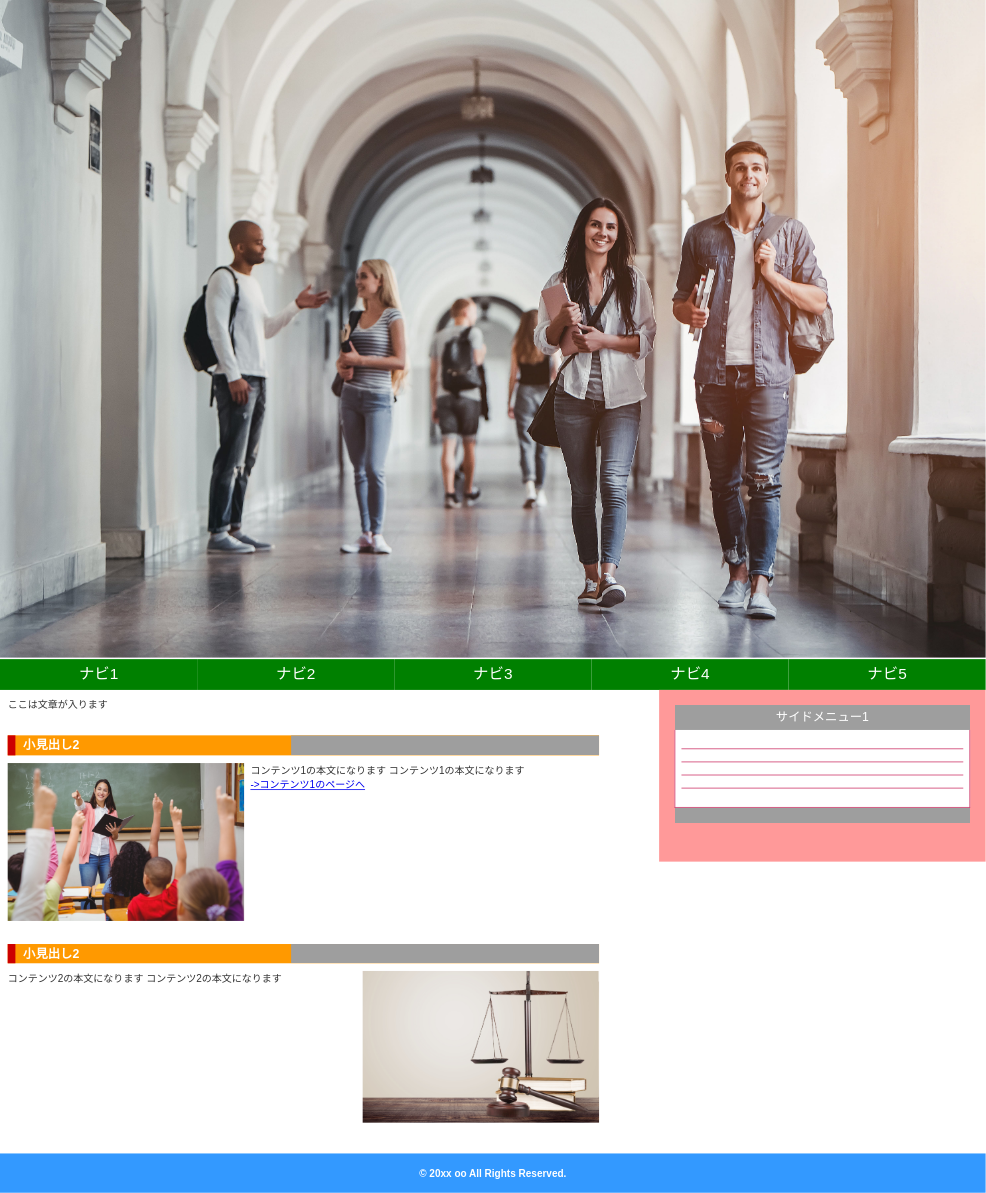
Repository: Kazumi-pro/samurai-HTML-CSS
Page: home.html
The author's editor kept a record of every edit. The page is drawn from the files as they stood at one moment, then again after the next edit.
The browser window is 1280 px wide. The pictures show the whole page, at 77% of full size.
Pictures or frames that could not be fetched are drawn as grey boxes.

Above is the page before.

After the next edit:
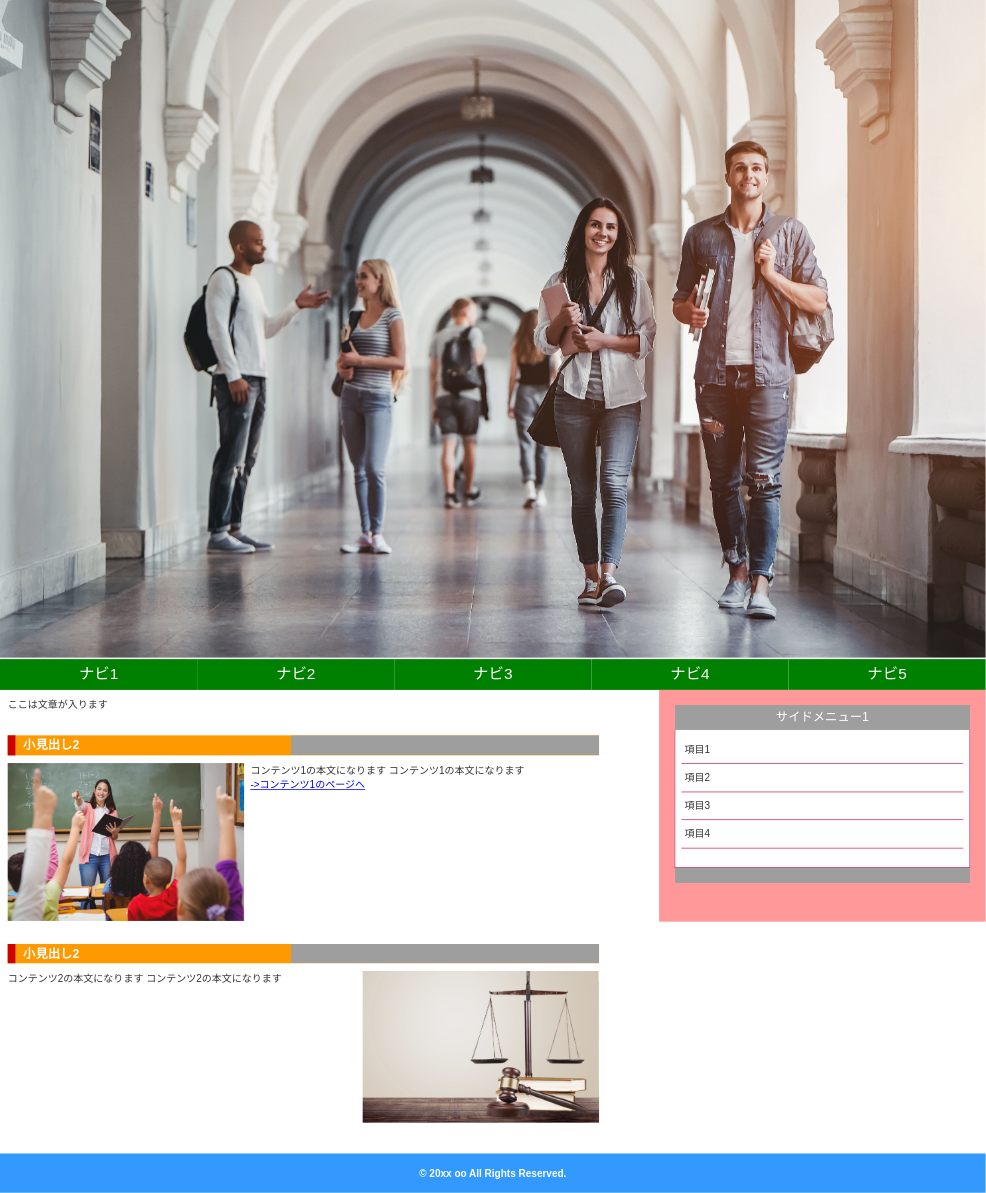
The edit:
--- a/home.html
+++ b/home.html
@@ -52,10 +52,10 @@
                     <h2>サイドメニュー1</h2>
                     <div class="boxBody">
                         <ul>
-                            <li></li>
-                            <li></li>
-                            <li></li>
-                            <li></li>
+                            <li>項目1</li>
+                            <li>項目2</li>
+                            <li>項目3</li>
+                            <li>項目4</li>
                         </ul>
                     </div>
                 </div>
